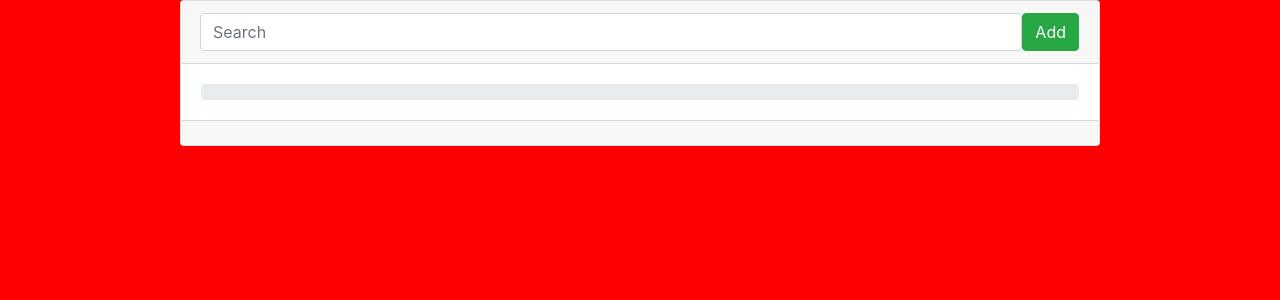
Repository: surefaceJS/allMyWorkInaliLinux
Page: class-35/index.html
These files come from the project's save history. The page is drawn as it stood at one moment and after the next save; the edit follows.
The browser window is 1280 px wide. The pictures show the whole page.

Above is the page before, as saved 2021-04-18 09:29:23.
Console error (its wording comes from the project's code and is left out).

After the next save:
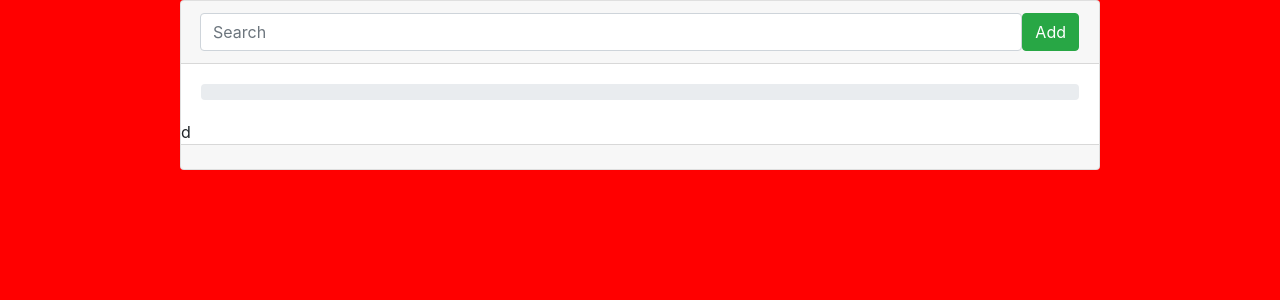
The error is gone.
Saved 9 s later.
--- a/class-35/index.html
+++ b/class-35/index.html
@@ -23,7 +23,7 @@
 
                         <div class="input-group-append">
                             <input type="text" class="form-control" placeholder="Search" id="inputSearch">
-                            <button class="btn btn-success" type="submit" id="Add" onclick="()">Add</button>
+                            <button class="btn btn-success" type="submit" id="Add" onclick="Addcards()">Add</button>
                         </div>
                     </div>
                     <div class="card-body">
@@ -31,7 +31,7 @@
                             <div class="progress-bar" id="progress" style="width:0%"></div>
                         </div>
                     </div>
-
+                    d
                     <div class="card-footer">
                         <div class="row">
                             <div class="col-5">
